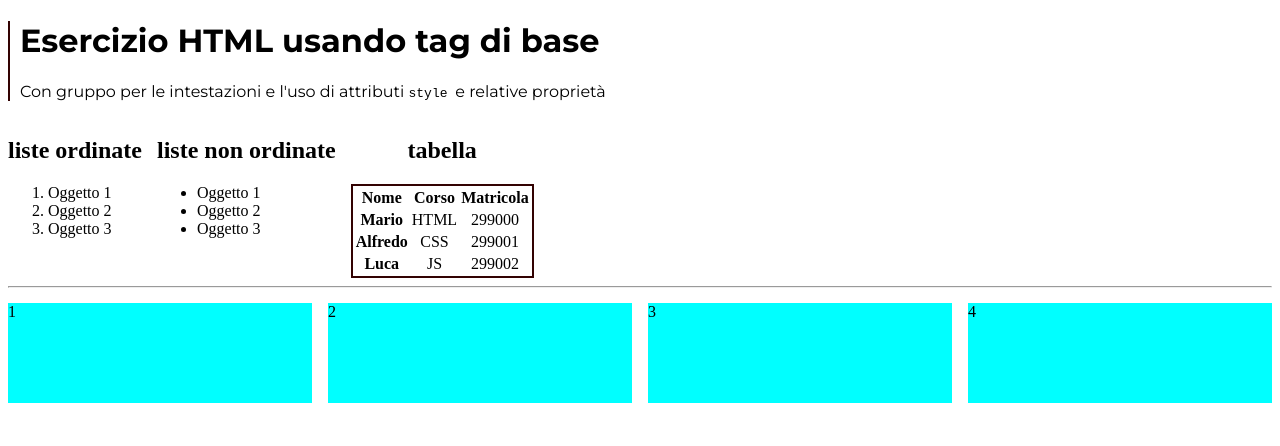
Repository: CryptoFamilyNFT/develhope
Page: html/secondo.html
The author's editor kept a copy of each file at every save. The page is drawn from the files as they stood at one save, then again after the next save.
The browser window is 1280 px wide. The pictures show the whole page.

Above is the page before, as saved 2024-10-29 19:53:33.

After the next save:
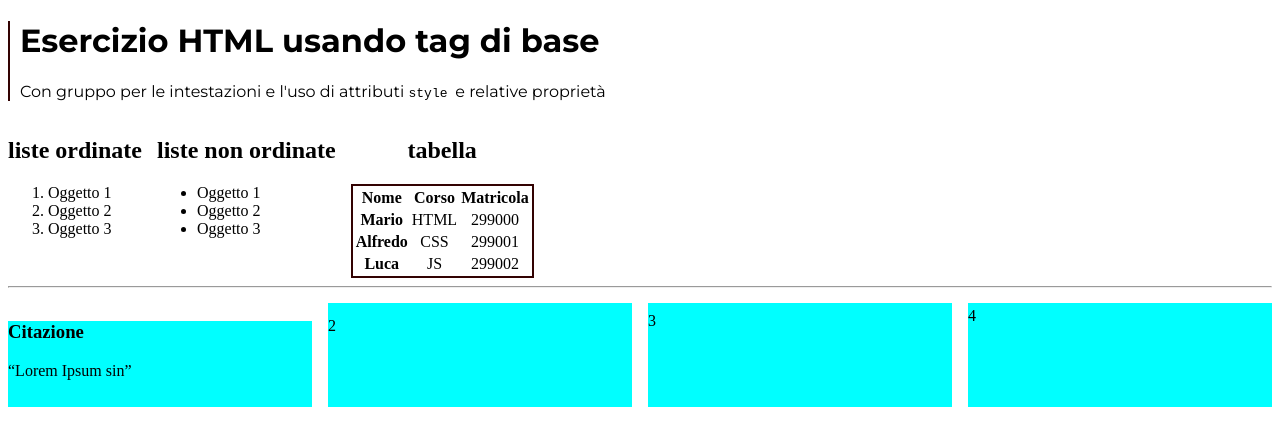
Saved 79 s later.
--- a/html/secondo.html
+++ b/html/secondo.html
@@ -91,7 +91,12 @@
         </div>
         <hr/>
         <div style="columns: 4; column-width: auto; margin-top: 15px;">
-            <div style="background-color: aqua; min-height: 100px;">1</div>
+            <div style="background-color: aqua; min-height: 100px;">
+                <h3>
+                    Citazione
+                </h3>
+                <q>Lorem Ipsum sin</q>
+            </div>
             <div style="background-color: aqua; min-height: 100px;">2</div>
             <div style="background-color: aqua; min-height: 100px;">3</div>
             <div style="background-color: aqua; min-height: 100px;">4</div>
